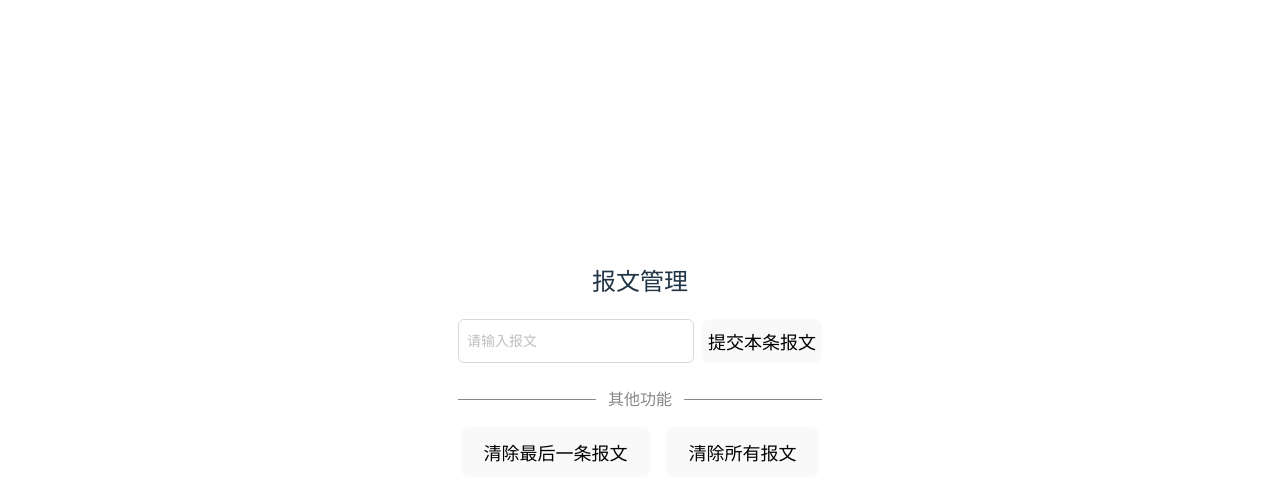
Repository: WUTONK/GoBlogAssignment3
Page: /user/postmodify (app in frontend/)
The author's editor kept a copy of each file at every save. The page is drawn from the files as they stood at one save, then again after the next save.
The browser window is 1280 px wide. The pictures show the whole page.
The project was rebuilt for these pictures with package versions that can differ from the ones it lists, and the page was loaded fresh each time. Also part of the build but not shown: frontend/vite.config.ts, frontend/src/api/runtime.ts, frontend/src/api/models/LoginReq.ts, frontend/src/api/models/LoginRsp.ts, frontend/src/api/models/SqlReq.ts, frontend/src/api/models/SqlRsp.ts, frontend/src/api/models/index.ts, frontend/src/api/apis/DefaultApi.ts and 5 more.

Above is the page before, as saved 2025-07-26 23:54:35.

### frontend/src/main.tsx
import { StrictMode } from 'react'
import { createRoot } from 'react-dom/client'
import { RouterProvider } from 'react-router-dom';
import { router } from './router.tsx'
import './index.css'

// 路由
createRoot(document.getElementById('root')!).render(
  <StrictMode>
   <RouterProvider router={router}/>
  </StrictMode>,
)

### frontend/src/router.tsx
import LoginPage from "./loginPage";
import PostModify from "./PostModifyPage";
import PostShowPage from "./PostShowPage";
import { createBrowserRouter } from "react-router-dom";

export const router = createBrowserRouter(
   [
        {
            path: "/user/login",
            element: <LoginPage/>
        },

        {
            path: "/user/postmodify",
            element: <PostModify/>
        },

        {
            path: "/user/postshow",
            element: <PostShowPage/>,
        }
   ]
)

### frontend/src/PostModifyPage.tsx
import { useState } from 'react'
import './app.css'
import { Api } from './shared'
import Input from 'antd/es/input/Input'
import { useNavigate } from 'react-router-dom'

function PostModify() {
  const [post, setPosts] = useState("")

  return (
    <div style={{ maxWidth: 500, margin: "0 auto", padding: 20 }}>
      <h2 style={{ textAlign: "center" }}>报文管理</h2>
      {/* 输入框和提交按钮同一行 */}
      <div style={{ display: "flex", marginBottom: 16 }}>
        <Input
          type="text"
          value={post}
          onChange={(e: React.ChangeEvent<HTMLInputElement>) => setPosts(e.target.value)}
          placeholder="请输入报文"
          style={{ flex: 5, marginRight: 8, padding: 8 }}
        />
        <button
          onClick={() => { }}
          style={{
            flex: 1,
            minWidth: 120, // 最小宽度
            padding: "8px 0",
            whiteSpace: "nowrap", // 不换行
            fontSize: 18 // 字体大一点更好看
          }}
        >
          提交本条报文
        </button>
      </div>

      {/* 横线和说明文字 */}
      <div style={{ display: "flex", alignItems: "center", margin: "24px 0 16px 0" }}>
        <hr style={{ flex: 1, border: "none", borderTop: "1px solid #888" }} />
        <span style={{ margin: "0 12px", color: "#888" }}>其他功能</span>
        <hr style={{ flex: 1, border: "none", borderTop: "1px solid #888" }} />
      </div>

      {/* 下面两个按钮 */}
      <div style={{ display: "flex", justifyContent: "center", gap: 16 }}>
        <button style={{ minWidth: 120, fontSize: 18, whiteSpace: "nowrap" }}>清除最后一条报文</button>
        <button style={{ minWidth: 120, fontSize: 18, whiteSpace: "nowrap" }}>清除所有报文</button>
      </div>
    </div>
  )
}

export default PostModify

Loaded but not shown: frontend/index.html (common file); frontend/src/index.css (common file); frontend/src/App.css (common file)

After the next save:
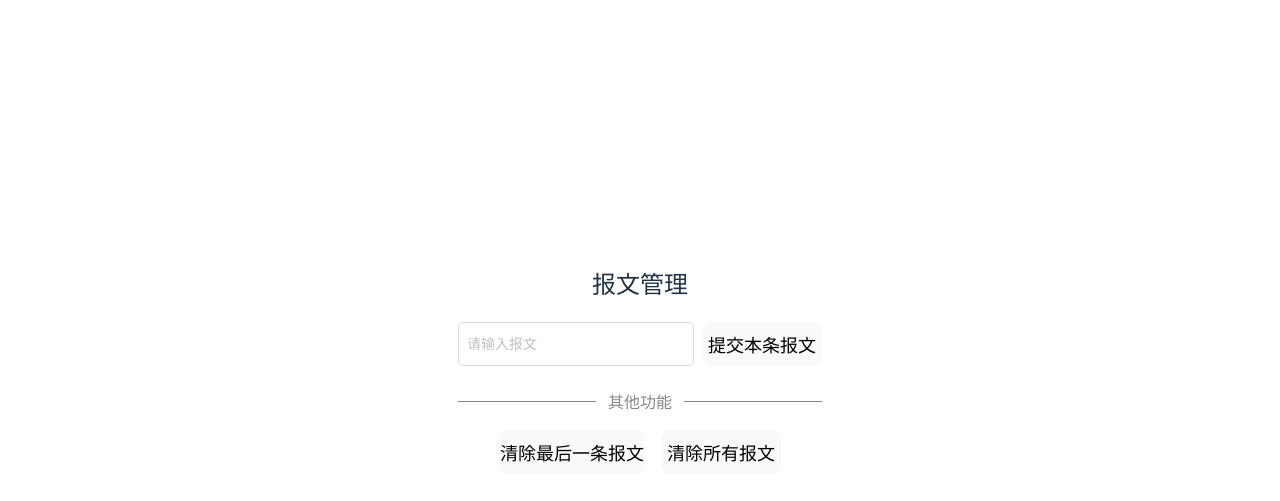
Saved 117 s later.
--- a/frontend/src/PostModifyPage.tsx
+++ b/frontend/src/PostModifyPage.tsx
@@ -26,7 +26,7 @@ function PostModify() {
             minWidth: 120, // 最小宽度
             padding: "8px 0",
             whiteSpace: "nowrap", // 不换行
-            fontSize: 18 // 字体大一点更好看
+            fontSize: 18
           }}
         >
           提交本条报文
@@ -42,8 +42,30 @@ function PostModify() {
 
       {/* 下面两个按钮 */}
       <div style={{ display: "flex", justifyContent: "center", gap: 16 }}>
-        <button style={{ minWidth: 120, fontSize: 18, whiteSpace: "nowrap" }}>清除最后一条报文</button>
-        <button style={{ minWidth: 120, fontSize: 18, whiteSpace: "nowrap" }}>清除所有报文</button>
+
+        <button
+          onClick={() => { }}
+          style={{
+            minWidth: 120,
+            fontSize: 18,
+            whiteSpace: "nowrap",
+            padding: "8px 0"
+          }}
+        >
+          清除最后一条报文
+        </button>
+
+        <button
+          onClick={() => { }}
+          style={{
+            minWidth: 120,
+            fontSize: 18,
+            whiteSpace: "nowrap",
+            padding: "8px 0"
+          }}
+        >
+          清除所有报文
+        </button>
       </div>
     </div>
   )
